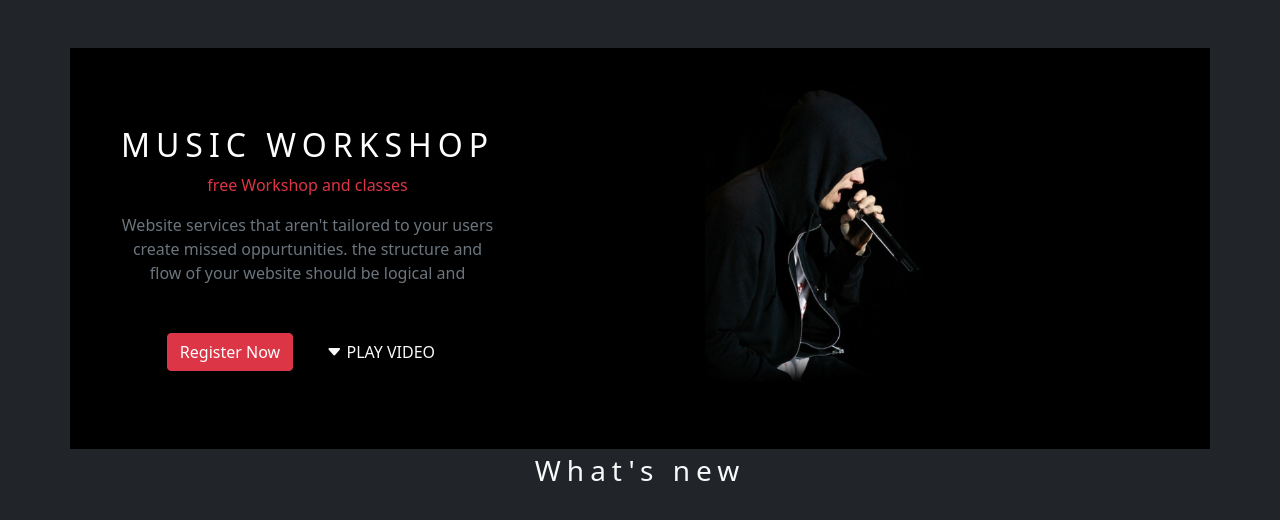
Repository: Eugene44-hub/music-workshop-site
Page: index.html
These files come from the project's save history. The page is drawn as it stood at one moment and after a run of saves; the edit follows.
The browser window is 1280 px wide. The pictures show the whole page.
Some web libraries are served in a nearby version.

Above is the page before, as saved 2021-10-22 16:17:18.

After the next 2 saves:
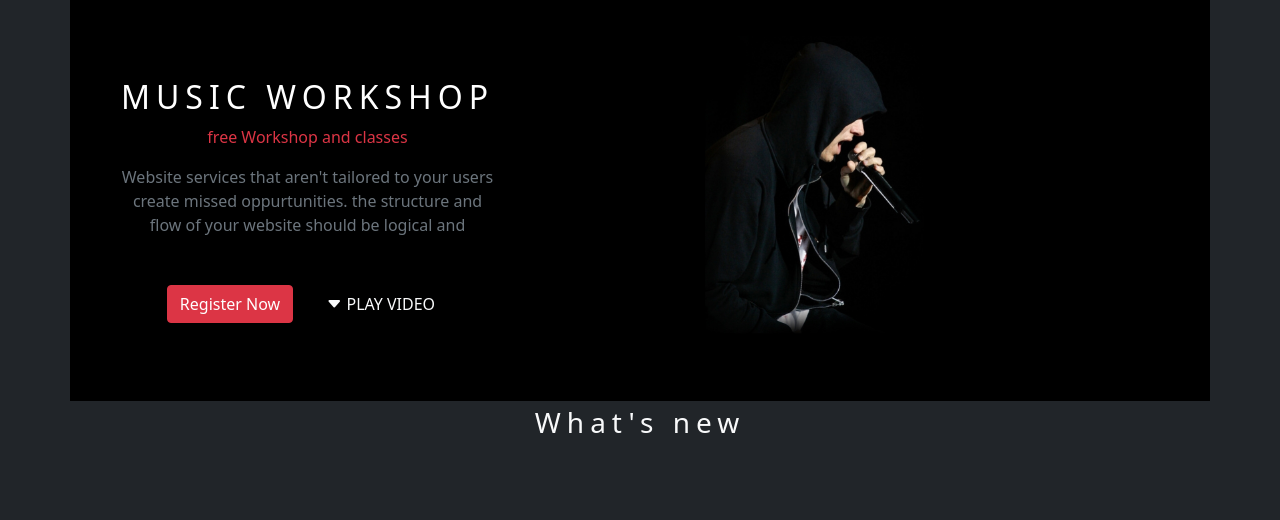
The 2 saves are shown as one change because they came seconds apart.
The last was saved 13 s later.
--- a/index.html
+++ b/index.html
@@ -12,7 +12,7 @@
     <link rel="stylesheet" href="https://cdn.jsdelivr.net/npm/bootstrap-icons@1.6.1/font/bootstrap-icons.css">
 </head>
 
-<body class="bg-dark p-5">
+<body class="bg-dark p--lg-5">
     <!-- registeration starts  -->
     <section id="registration">
         <div class="container">

After the save that followed:
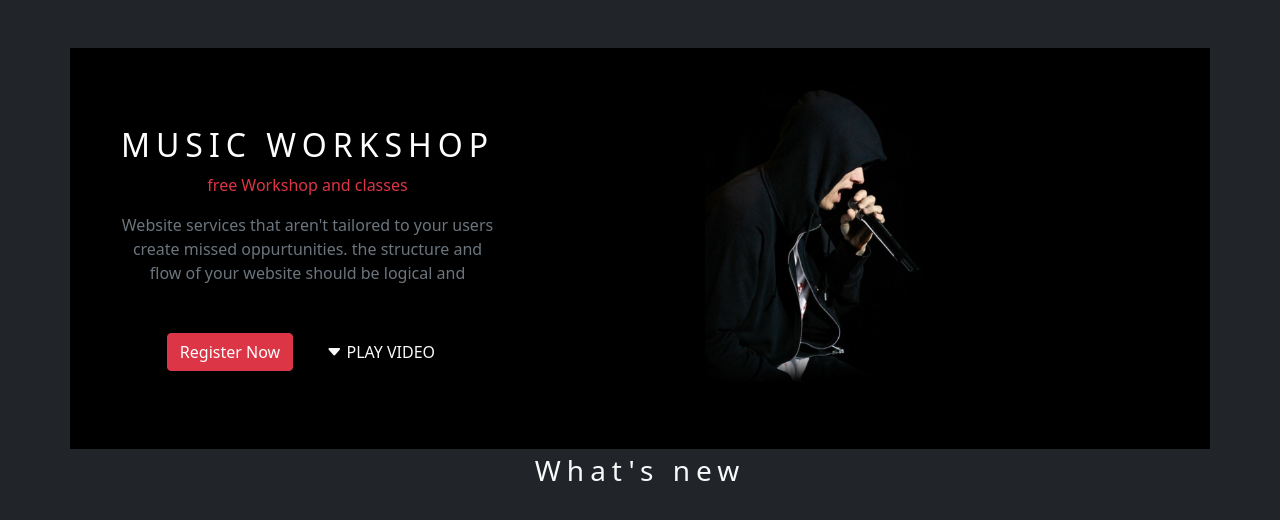
Saved 4 s later.
--- a/index.html
+++ b/index.html
@@ -12,7 +12,7 @@
     <link rel="stylesheet" href="https://cdn.jsdelivr.net/npm/bootstrap-icons@1.6.1/font/bootstrap-icons.css">
 </head>
 
-<body class="bg-dark p--lg-5">
+<body class="bg-dark p-lg-5">
     <!-- registeration starts  -->
     <section id="registration">
         <div class="container">
